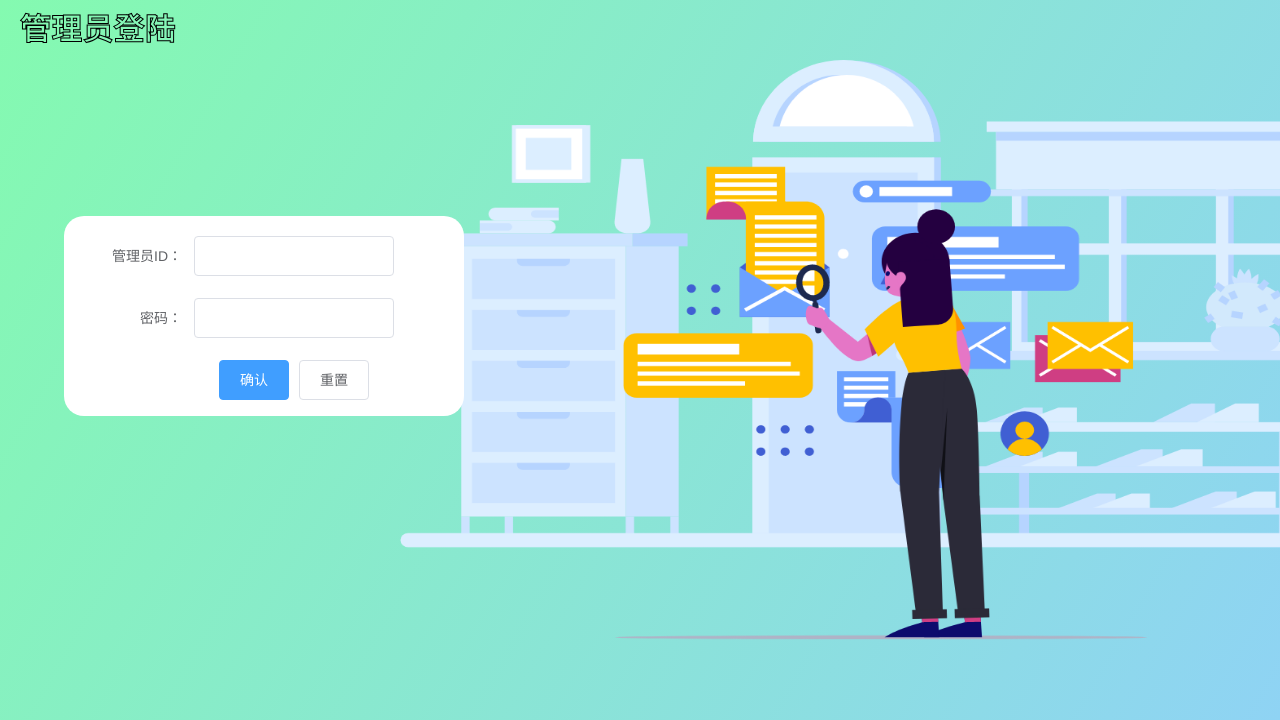
Repository: Akron-xz/helloVue
Page: /#/admin (app in vue-library/)
These files come from the project's save history. The page is drawn as it stood at one moment and after the next save; the edit follows.
The browser window is 1280 px wide. The pictures show the whole page.
The project was rebuilt for these pictures with package versions that can differ from the ones it lists, and the page was loaded fresh each time. Also part of the build but not shown: vue-library/src/views/Home.vue.

Above is the page before, as saved 2020-11-24 10:42:34.

After the next save:
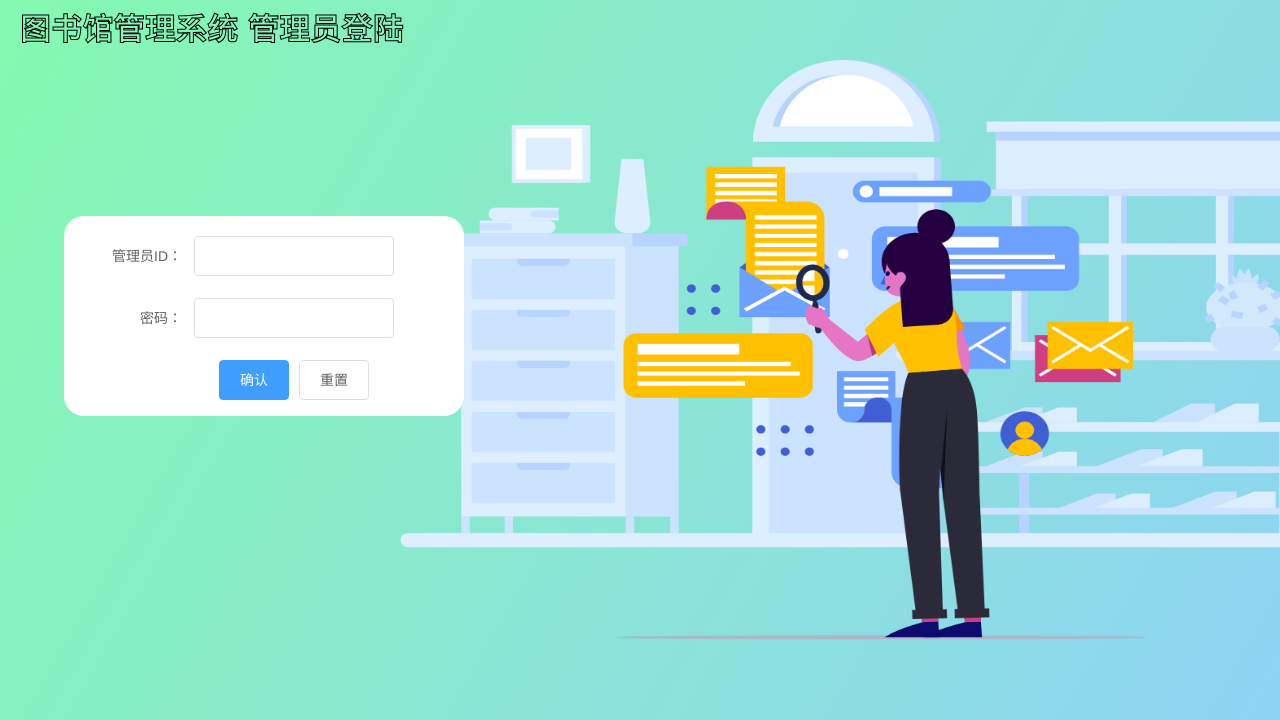
Saved 4 min 6 s later.
--- a/vue-library/src/views/Administrator.vue
+++ b/vue-library/src/views/Administrator.vue
@@ -1,6 +1,6 @@
 <template>
   <div class="admin-login-container">
-    <el-header>管理员登陆</el-header>
+    <el-header>图书馆管理系统   管理员登陆</el-header>
     <div class="adminBox">
     <el-form :model="ruleForm2" status-icon :rules="rules2" ref="ruleForm2" label-width="100px" class="demo-ruleForm">
       <el-form-item label="管理员ID：" prop="adminId">
